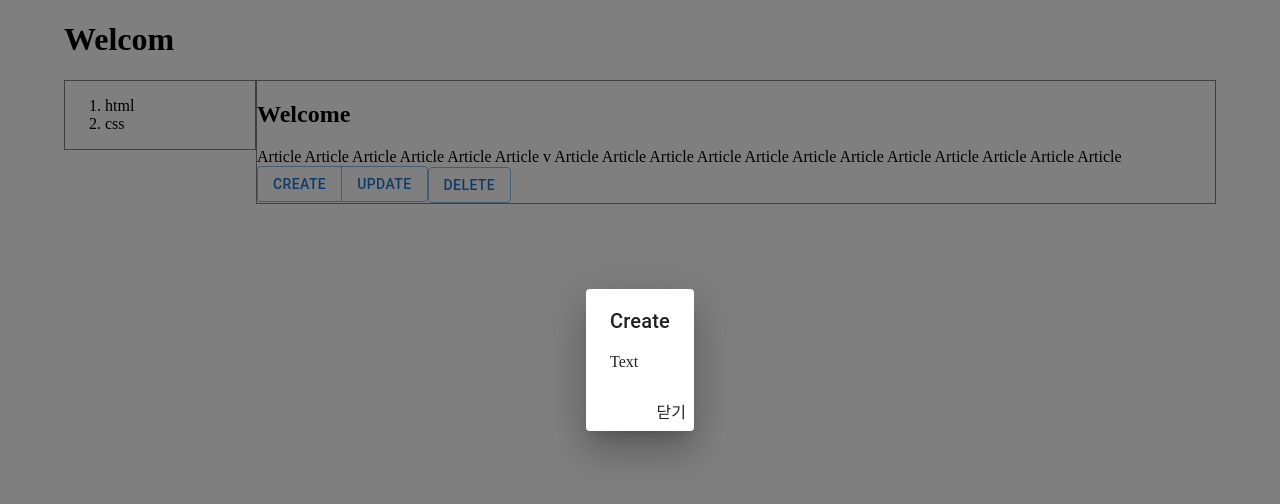
Repository: chlwpdnswku/nextjsportpolioclone
Page: /
These files come from the project's save history. The page is drawn as it stood at one moment and after the next save; the edit follows.
The browser window is 1280 px wide. The pictures show the whole page.
The project was rebuilt for these pictures with package versions that can differ from the ones it lists, and the page was loaded fresh each time. The framework's server and built-in components were replaced by stand-ins that run in the browser. Also part of the build but not shown: next.config.js.

Above is the page before, as saved 2022-08-05 16:18:54.

### pages/index.tsx
import type { NextPage } from 'next';
import Head from 'next/head';
import Image from 'next/image';
import styles from '../styles/Home.module.css';
import Button from '@mui/material/Button';
import ButtonGroup from '@mui/material/ButtonGroup';
import Container from '@mui/material/Container';
import Grid from '@mui/material/Grid';
import Dialog from '@mui/material/Dialog';
import DialogActions from '@mui/material/DialogActions';
import DialogContent from '@mui/material/DialogContent';
import DialogContentText from '@mui/material/DialogContentText';
import DialogTitle from '@mui/material/DialogTitle';
import { Domain } from 'domain';

const Home: NextPage = () => {
  return (
    <Container fixed>
      <Header></Header>
      {/* 자신의 컨탠츠 크기만큼 가지게 된다 Grid */}
      <Grid container>
        <Grid item xs={2}>
          <Nav></Nav>
        </Grid>
        <Grid item xs={10}>
          <Article></Article>
        </Grid>
      </Grid>
    </Container>
  );
};
function Header() {
  return (
    <header>
      <h1>Welcom</h1>
    </header>
  );
}

function Nav() {
  return (
    <nav style={{ border: '1px solid gray' }}>
      <ol>
        <li>html</li>
        <li>css</li>
      </ol>
    </nav>
  );
}

function Article() {
  return (
    <article style={{ border: '1px solid gray' }}>
      <h2>Welcome</h2>
      Article Article Article Article Article Article v Article Article Article
      Article Article Article Article Article Article Article Article Article
      <br />
      <ButtonGroup>
        {' '}
        <Button variant='outlined'>Create</Button>
        <Button variant='outlined'>Update</Button>
      </ButtonGroup>
      <Button variant='outlined'>Delete</Button>
      {/* 컨텐츠영역만밝게 표시가된다 */}
      <Dialog open={true}>
        <DialogTitle>Create</DialogTitle>
        <DialogContent>Text</DialogContent>
        <DialogActions>닫기</DialogActions>
      </Dialog>
    </article>
  );
}
export default Home;

Loaded but not shown: pages/_app.tsx (common file); styles/globals.css (no stored copy; drawn as an empty file)

After the next save:
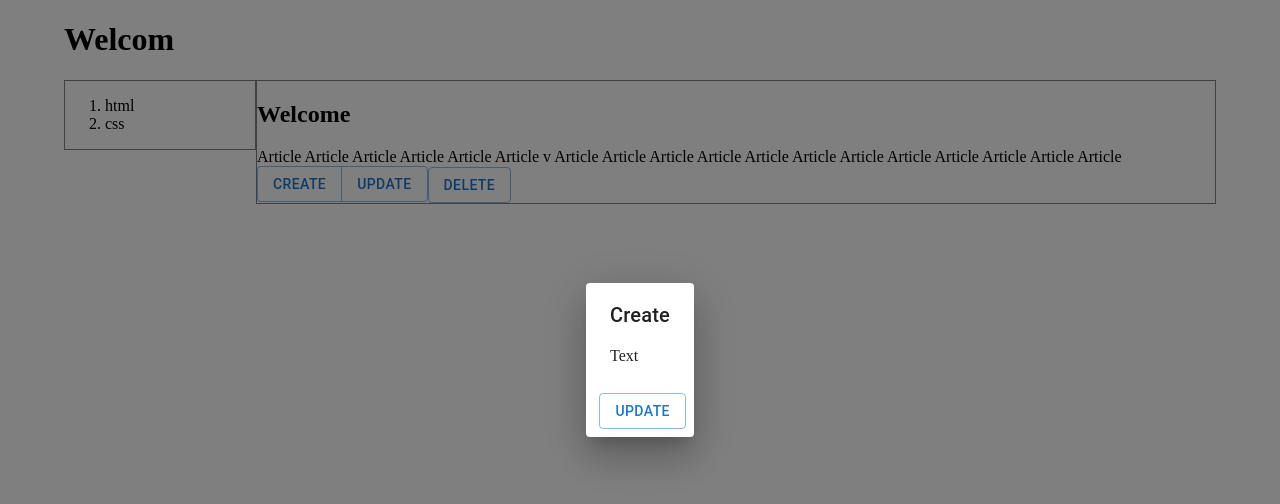
Saved 18 s later.
--- a/pages/index.tsx
+++ b/pages/index.tsx
@@ -65,7 +65,9 @@ function Article() {
       <Dialog open={true}>
         <DialogTitle>Create</DialogTitle>
         <DialogContent>Text</DialogContent>
-        <DialogActions>닫기</DialogActions>
+        <DialogActions>
+          <Button variant='outlined'>Update</Button>
+        </DialogActions>
       </Dialog>
     </article>
   );
